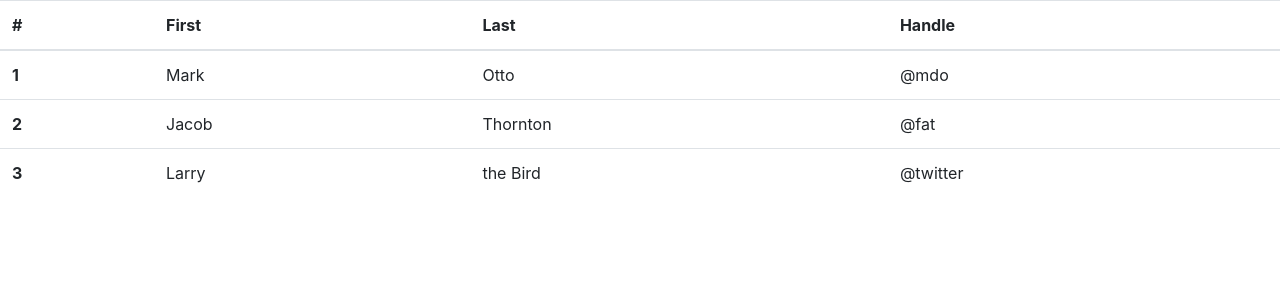
Repository: anhtu2110/backend
Page: http://localhost/backend/section-30_part_2/index.php
These files come from the project's save history. The page is drawn as it stood at one moment and after the next save; the edit follows.
The browser window is 1280 px wide. The pictures show the whole page.
The page is run by PHP 8.4 with error messages shown; the project is at /var/www/html/.

Above is the page before, as saved 2022-12-06 16:22:44.

### section-30_part_2/index.php
<?php
// --Danh mục tin tức
// --Danh mục sản phẩm
// --Menu
$data = array(
    1 => array(
        'id' => 1,
        'name' => 'Kinh doanh',
        'parent_id' => 0,
    ),
    2 => array(
        'id' => 2,
        'name' => 'Thể thao',
        'parent_id' => 0,
    ),
    3 => array(
        'id' => 3,
        'name' => 'Quốc tế',
        'parent_id' => 1,
    ),
    4 => array(
        'id' => 4,
        'name' => 'Doanh nghiệp',
        'parent_id' => 1,
    ),
    5 => array(
        'id' => 5,
        'name' => 'Bóng đá',
        'parent_id' => 2,
    ),
    6 => array(
        'id' => 6,
        'name' => 'Marathon',
        'parent_id' => 2,
    ),
);
// $result = array(
//     1 => array(
//         'id' => 1,
//         'name' => 'Kinh doanh',
//         'parent_id' => 0,
//     ),
//     3 => array(
//         'id' => 3,
//         'name' => 'Quốc tế',
//         'parent_id' => 1,
//     ),
//     4 => array(
//         'id' => 4,
//         'name' => 'Doanh nghiệp',
//         'parent_id' => 1,
//     ),
//     2 => array(
//         'id' => 2,
//         'name' => 'Thể thao',
//         'parent_id' => 0,
//     ),
//     5 => array(
//         'id' => 5,
//         'name' => 'Bóng đá',
//         'parent_id' => 2,
//     ),
//     6 => array(
//         'id' => 6,
//         'name' => 'Marathon',
//         'parent_id' => 2,
//     ),
// );
function has_child($data, $id)
{
    foreach ($data as $v) {
        if ($v['parent_id'] == $id) {
            return true;
        }
    }
    return false;
}
function data_tree($data, $parent_id = 0, $level = 0)
{
    $result = array();
    foreach ($data as $v) {
        if ($v['parent_id'] == $parent_id) {
            $v['level'] = $level;
            $result[] = $v;
            if (has_child($data, $v['id'])) {
                // ++$level;
                $result_child = data_tree($data, $v['id'], $level + 1);
                $result = array_merge($result, $result_child);
                // --$level;
            }
        }
    }
    return $result;
}
function show_array($data)
{
    if (is_array($data)) {
        echo "<pre>";
        print_r($data);
        echo "</pre>";
    }
}
// echo "<pre>";
// print_r(data_tree($data, 0));
// show_array(data_tree($data, 0));
?>
<!DOCTYPE html>
<html lang="en">

<head>
    <meta charset="UTF-8">
    <meta http-equiv="X-UA-Compatible" content="IE=edge">
    <meta name="viewport" content="width=device-width, initial-scale=1.0">
    <link rel="stylesheet" href="https://cdn.jsdelivr.net/npm/bootstrap@4.6.2/dist/css/bootstrap.min.css" integrity="sha384-xOolHFLEh07PJGoPkLv1IbcEPTNtaed2xpHsD9ESMhqIYd0nLMwNLD69Npy4HI+N" crossorigin="anonymous">
    <title>Document</title>
</head>

<body>
    <table class="table">
        <thead>
            <tr>
                <th scope="col">#</th>
                <th scope="col">First</th>
                <th scope="col">Last</th>
                <th scope="col">Handle</th>
            </tr>
        </thead>
        <tbody>
            <tr>
                <th scope="row">1</th>
                <td>Mark</td>
                <td>Otto</td>
                <td>@mdo</td>
            </tr>
            <tr>
                <th scope="row">2</th>
                <td>Jacob</td>
                <td>Thornton</td>
                <td>@fat</td>
            </tr>
            <tr>
                <th scope="row">3</th>
                <td>Larry</td>
                <td>the Bird</td>
                <td>@twitter</td>
            </tr>
        </tbody>
    </table>
</body>

</html>

After the next save:
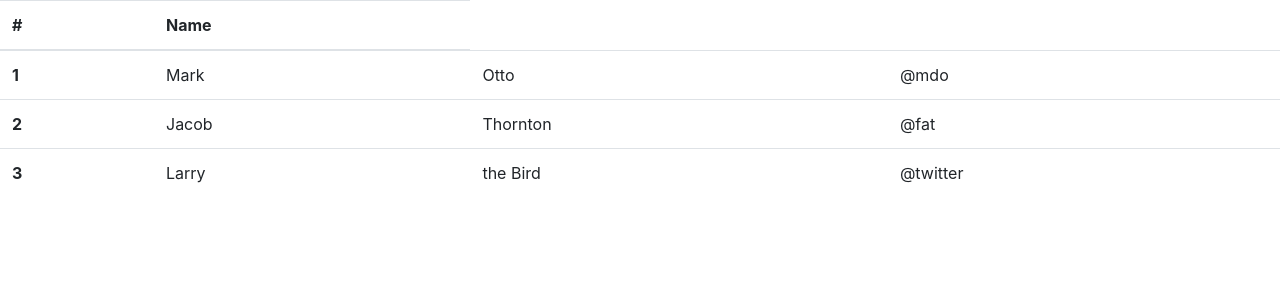
Saved 44 s later.
--- a/section-30_part_2/index.php
+++ b/section-30_part_2/index.php
@@ -120,9 +120,7 @@ function show_array($data)
         <thead>
             <tr>
                 <th scope="col">#</th>
-                <th scope="col">First</th>
-                <th scope="col">Last</th>
-                <th scope="col">Handle</th>
+                <th scope="col">Name</th>
             </tr>
         </thead>
         <tbody>
